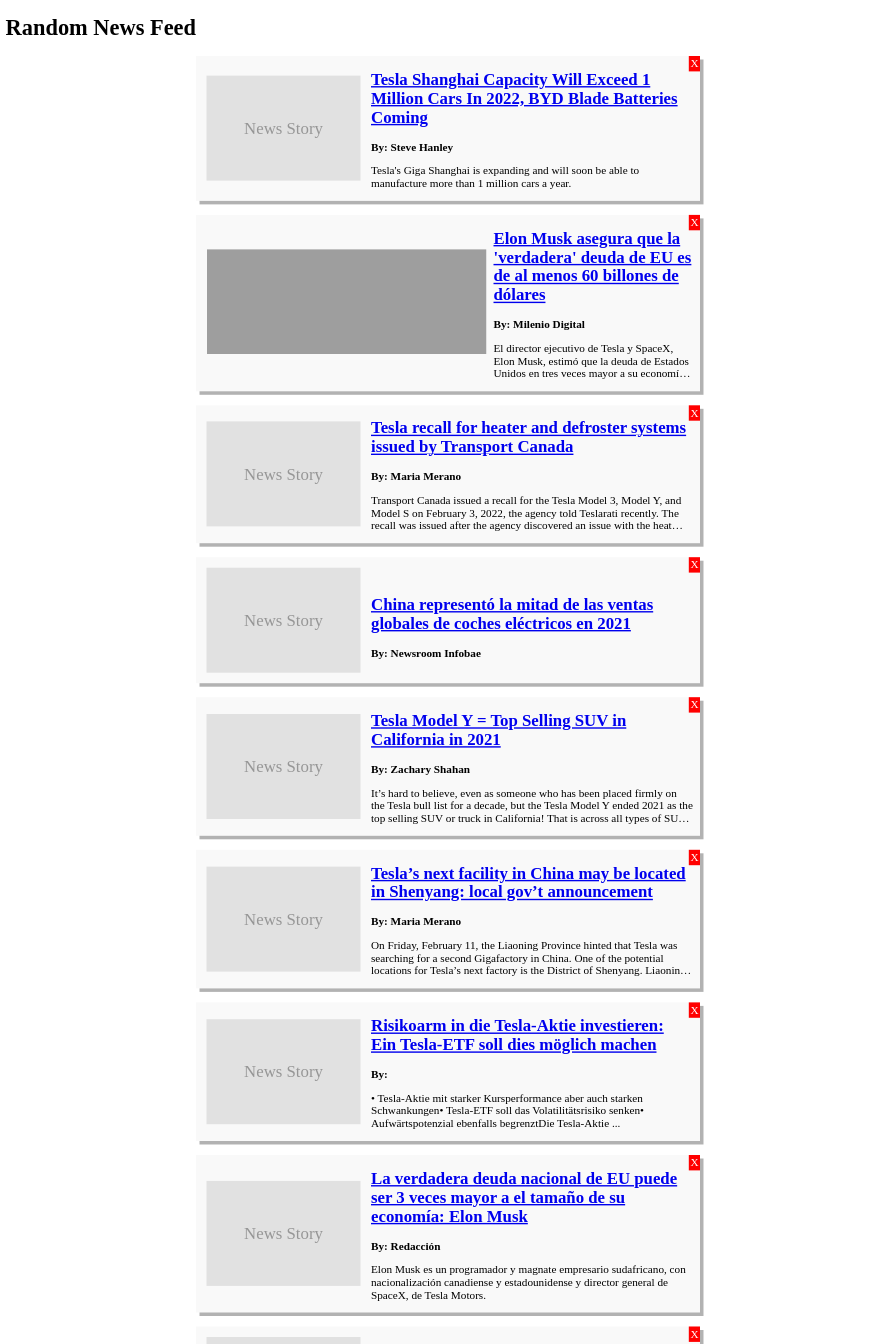
Repository: leslie179/news_feed
Page: /
These files come from the project's save history. The page is drawn as it stood at one moment and after a run of saves; the edit follows.
The browser window is 1280 px wide. The pictures show the part of the page from y = 0 to 1920 px (the page is 16091 px tall before and 15379 px after), at 70% of full size.
Pictures or frames that could not be fetched are drawn as grey boxes. The project was rebuilt for these pictures with package versions that can differ from the ones it lists, and the page was loaded fresh each time. Also part of the build but not shown: next.config.mjs, vite.config.js.

Above is the page before, as saved 2024-10-07 01:48:24.

### src/main.jsx
import { StrictMode } from "react";
import { createRoot } from "react-dom/client";
import App from "./App";
createRoot(document.getElementById("root")).render(
  <StrictMode>
    <App />
  </StrictMode>
);

### src/App.jsx
// this is javascvript file import
import Feed from './components/Feed';

import "./index.css";

function App() {
  // Get stories from news feed

  return (
    <div className="App">
      <h1>Random News Feed</h1>
      <Feed />

    </div>

  );
}

export default App;

### src/components/Feed.jsx
import { useState } from "react";

// this is a json file import (JSON = Javascript Object Notation)
import news_feed from '../sample_news_stories.json'; // vite makes this easy: vite is compiling your jsx to regular html/js


import FeedItem from "./FeedItem"

/* { stories } = isnt a definition as much as we're deconstructing the
1st argument to get the "stories" key into a "stories" variable */
function Feed() {
    const [stories, setStories] = useState(news_feed.results)
    // map is an operation for every item in an array do the function
    // <FeedItem /> just calls the FeedItem function
    return <div>
        {stories.map((story, i) => {
            return <FeedItem story={story} setStories={setStories} key={i} />
        })}
    </div>
}

export default Feed

### src/index.css
.feed-item {
    display: flex;
    align-items: center;
    background-color: rgb(249, 249, 249);
    margin-bottom: 20px;
    padding-right: 10px;
    position: relative;
    box-shadow: 5px 5px 0px 0 rgba(0, 0, 0, 0.3);
    margin-left: 17rem;
    margin-right: 17rem;
}

.feed-item__image-wrapper img {
    width: 400px;
    margin-right: 10px;
}

.feed-item__image-placeholder {
    width: 220px;
    height: 150px;
    margin: 15px;
    background-color: rgb(225,225,225);
    display: flex;
    align-items: center;
    justify-content: center;
    color: rgb(150,150,150);
    font-size: 24px;
}

.has-image {
  width: 220px;
    height: 150px;
    margin: 15px;
}

.no-image {
  display: none; /* For example, hide the image if none exists */
}

.feed-description{
    display: inline-flex;
    flex-direction: row;
    justify-content: flex-start;
    align-items: center;
    display: -webkit-box;
    -webkit-box-orient: vertical;
    -webkit-line-clamp: 3;
    overflow: hidden;
    text-overflow: ellipsis;
    white-space: normal;
}


.title a {
    font-size: 23px;
}

.title a:link {
  text-decoration: none;
}
.title a:visited {
  text-decoration: none;
}
.title a:hover {
  text-decoration: none;
}
.title a:active {
  text-decoration: none;
}

.feed-item__creator{
  font-weight: bold;
}

.feed-item__close-btn {
    position: absolute;
    top: 0;
    right: 0;
    background-color: red;
    color: white;
    padding: 2px;
}

### src/components/FeedItem.jsx
function FeedItem({ story, setStories, key }) {
    return <div className="feed-item">
        <div className="feed-item__close-btn" onClick={() => {
            setStories((stories) => {
                // "stories" is the current state of stories
                const storiesCopy = [...stories]; // this does a deep copy (vs a shallow copy)
                // the ... (spread operator) this will "lift" up all the values to where you place it
                storiesCopy.splice(key, 1) // just a basic array function for removing items. first argument is the index and the second argument is the amount to remove at the eindex

                // triggers the state change
                return storiesCopy
            })
        }}>X</div>
        {/* BEM classes good convention  */}
        {/* Block = feed */}
        {/* element is whats after the underscores = image-wrapper */}
        {/* modifier is whats after two dashes */}
        <div className="feed-item__image-wrapper">
        {story.image_url ? (
  <img
    src={story.image_url}
    alt="story"
    className={story.image_url ? 'has-image' : 'no-image'}
  />
) : (
  <div className="feed-item__image-placeholder">News Story</div>
)}
        </div>
        <div className="feed-item__content">
            <a href={story.link}><h2 className="title">{story.title}</h2></a>
            <div className="feed-item__creator">
    By: {story.creator && story.creator.length > 0 ? (
        story.creator.map((creator, idx) => (
            <span key={idx}>{creator}&nbsp;</span>
        ))
    ) : (
        <span></span>
    )}
</div>
            <div>
                {story.description && <p className="feed-description">{story.description}</p>}
            </div>
            </div>
        </div>
}

        export default FeedItem

Loaded but not shown: index.html (common file); src/sample_news_stories.json (1743 lines, source omitted)

After the next 2 saves:
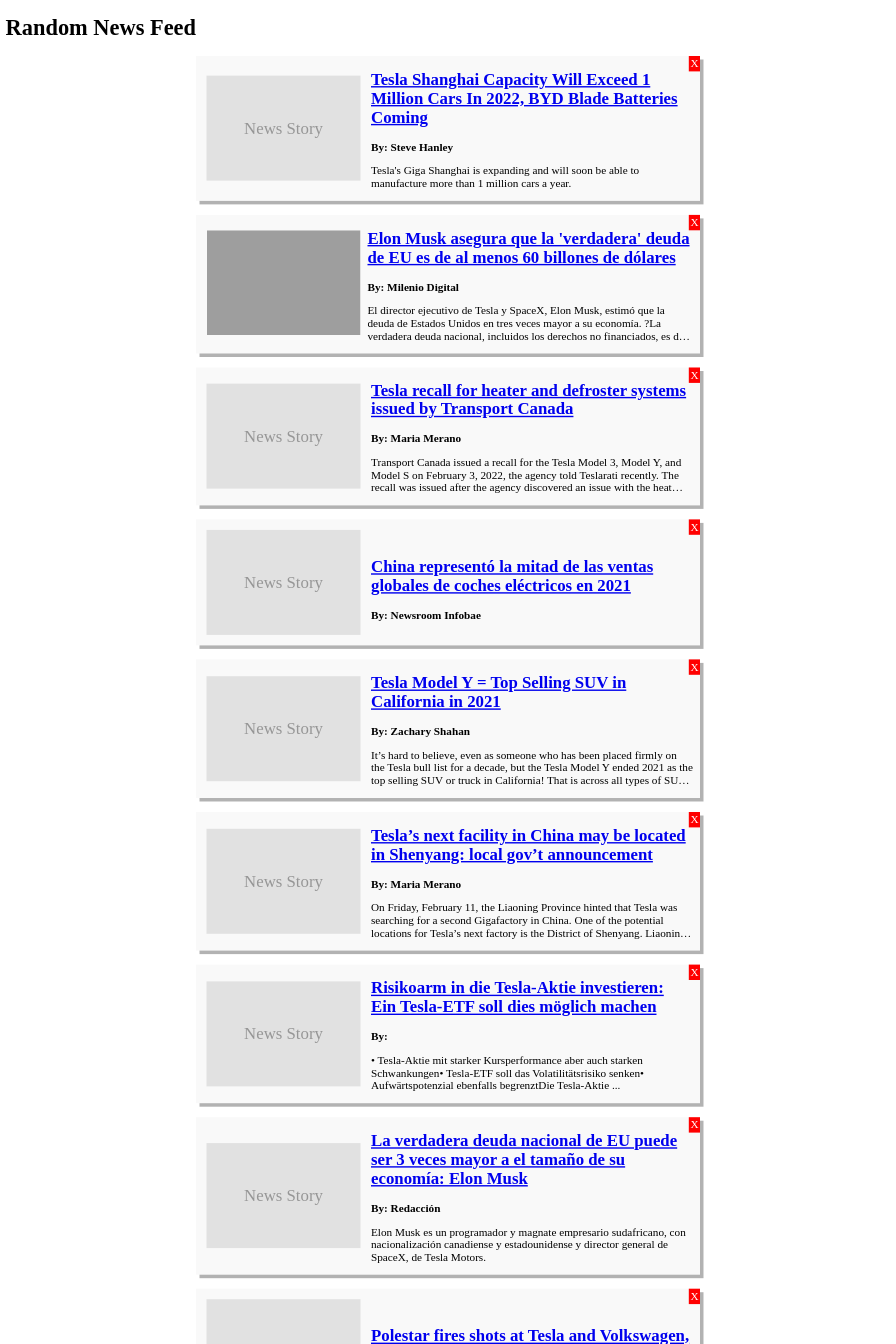
The 2 saves are shown as one change because they came seconds apart.
The last was saved 9 s later.
--- a/src/index.css
+++ b/src/index.css
@@ -28,8 +28,8 @@
 }
 
 .has-image {
-  width: 220px;
-    height: 150px;
+  max-width: 220px;
+    max-height: 150px;
     margin: 15px;
 }
 
